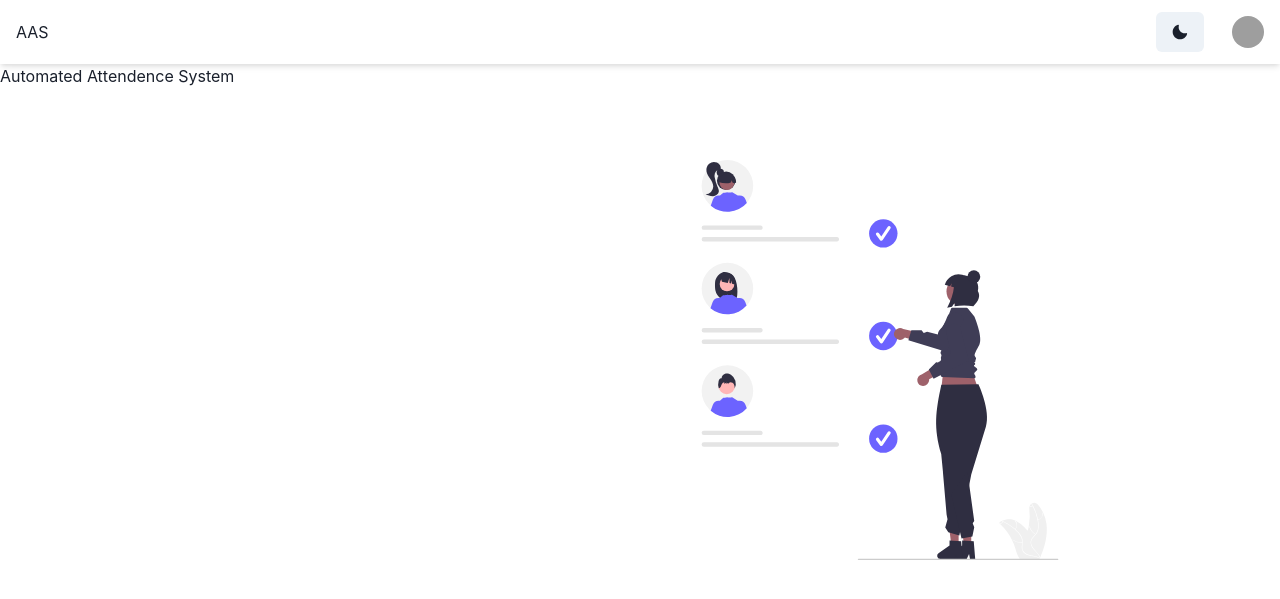
Repository: shash0708/attendence
Page: /
An editor plug-in stored every save of this project. The page is shown before and after the next save, followed by the edit.
The browser window is 1280 px wide. The pictures show the whole page.
Pictures or frames that could not be fetched are drawn as grey boxes. The project was rebuilt for these pictures with package versions that can differ from the ones it lists, and the page was loaded fresh each time. Also part of the build but not shown: src/App.css, src/components/Login/Login.component.jsx, src/components/Signup/Signup.component.jsx, src/routes/Authentication/Authentication.component.jsx.

Above is the page before, as saved 2024-04-06 19:47:13.

After the next save:
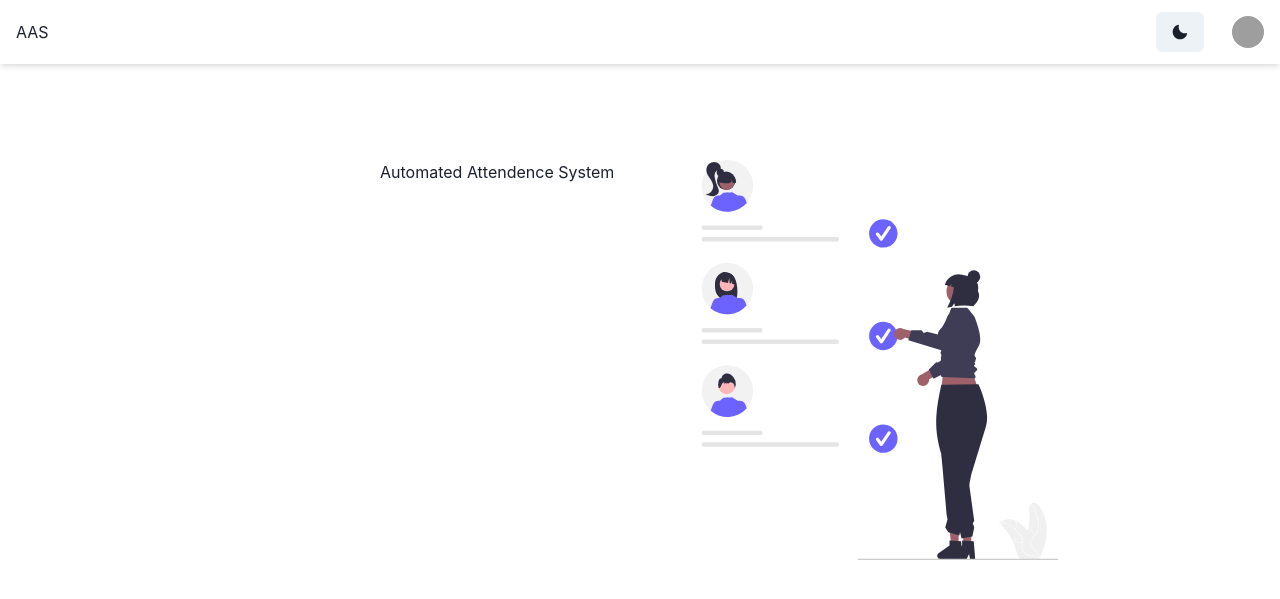
Saved 7 s later.
--- a/src/components/homeProp/HomeProp.styles.scss
+++ b/src/components/homeProp/HomeProp.styles.scss
@@ -9,5 +9,10 @@
 }
 
 .text{
-
+  width: 1000px;
+  height: 400px;  // Add other styling properties as needed
+  position: fixed;
+  top: 50%; // Adjust as needed
+  right: -100px; // Adjust as needed
+  transform: translateY(-50%);
 }
